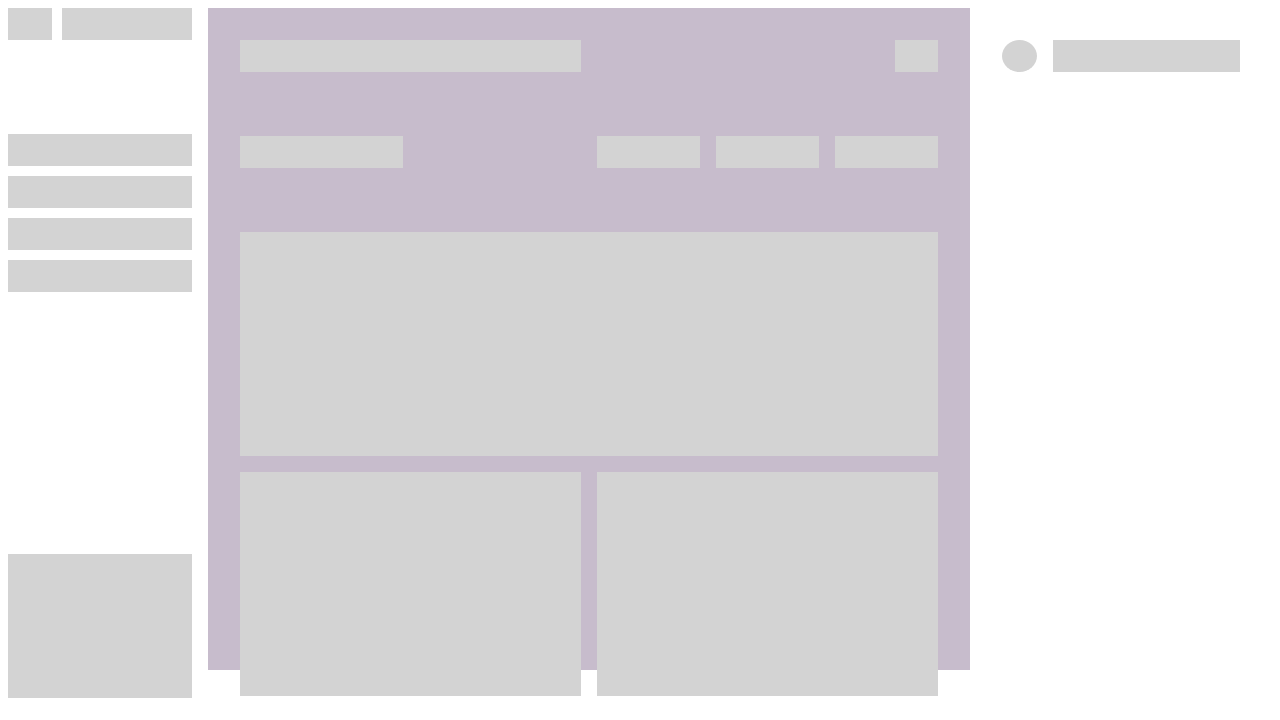
Repository: tr2cky/exercise2
Page: index.html
These files come from the project's save history. The page is drawn as it stood at one moment and after the next save; the edit follows.
The browser window is 1280 px wide. The pictures show the whole page.

Above is the page before, as saved 2022-10-01 18:55:23.

### index.html
<!DOCTYPE html>
<html lang="en">

<head>
    <meta charset="UTF-8">
    <meta http-equiv="X-UA-Compatible" content="IE=edge">
    <meta name="viewport" content="width=device-width, initial-scale=1.0">
    <link rel="stylesheet" href="style.css">
    <title>Document</title>
</head>

<body>
    <div class="container">
        <div class="side1">
        <div id="box1"></div>
        <div id="box2"></div>
        <div id="box3"></div>
        <div id="box4"></div>
        <div id="box5"></div>
        <div id="box6"></div>
        <div id="box7"></div>
        <div id="box8"></div>
        </div>
        <main>
            <div id="boxa"></div>
            <div id="boxb"></div>
            <div id="boxc"></div>
            <div id="boxd"></div>
            <div id="boxe"></div>
            <div id="boxf"></div>
            <div id="boxg"></div>
            <div id="boxh"></div>
            <div id="boxj"></div>
        </main>
        <div class="side2">
            <div id="boxq"></div>
            <div id="boxw"></div>
            <div id="boxw"></div>
            <div id="boxw"></div>
            <div id="boxw"></div>
            <div id="boxw"></div>
            <div id="boxw"></div>
            <div id="boxw"></div>
            <div id="boxw"></div>
            <div id="boxw"></div>
            <div id="boxw"></div>
            <div id="boxw"></div>
            <div id="boxw"></div>
            <div id="boxw"></div>
            <div id="boxw"></div>
            <div id="boxw"></div>
            <div id="boxw"></div>
        </div>
    </div>
</body>

</html>

### style.css
.container {
    display: flex;
    flex-direction: row;
    height: 92vh;
}

main {
    flex-grow: 3;
    background-color: rgb(199, 188, 204);
    display: grid;
    grid-template-columns: repeat(12, 1fr);
    grid-auto-rows: 2em;
    grid-gap: 1em;
    padding: 2em;
}

.side1 {
    flex-grow: 1;
    display: grid;
    grid-template-columns: 1fr 3fr;
    grid-auto-rows: 2em;
    grid-gap: 10px;
    margin-right: 1em;
}

.side2 {
    flex-grow: 1;
}

.side1 div,
main div,
.side2 div {
    background-color: lightgray;
}

#box3 {
    grid-column: 1/3;
    grid-row: 8;
    justify-self: start;
}

#box4 {
    grid-column: 1/3;
    grid-row: 4;
}

#box5 {
    grid-column: 1/3;
    grid-row: 5;
}

#box6 {
    grid-column: 1/3;
    grid-row: 6;
}

#box7 {
    grid-column: 1/3;
    grid-row: 7;
}

#box8 {
    grid-column: 1/3;
    grid-row: 14;
    height: 9em;
}

#boxa {
    grid-column: 1/7;
}

#boxb {
    grid-column: 12;
}

#boxc {
    grid-column: 1/4;
    grid-row: 3;
}
#boxd {
    grid-column: 7/9;
    grid-row: 3;
}
#boxe {
    grid-column: 9/11;
    grid-row: 3;
}
#boxf {
    grid-column: 11/13;
    grid-row: 3;
}
#boxg {
    grid-row: 5/10;
    grid-column: 1/13
}
#boxh {
    grid-row: 10/15;
    grid-column: 1/7;
}
#boxj {
    grid-row: 10/15;
    grid-column: 7/13;
}
.side2 {
    display: grid;
    grid-template-columns: repeat(5, 1fr);
    grid-gap: 1em;
    grid-auto-rows: 2em;
    padding: 2em;
}
#boxq {
    border-radius: 50%;
}
#boxw {
    grid-area: 1 / 2 / 1 / 6;
}

After the next save:
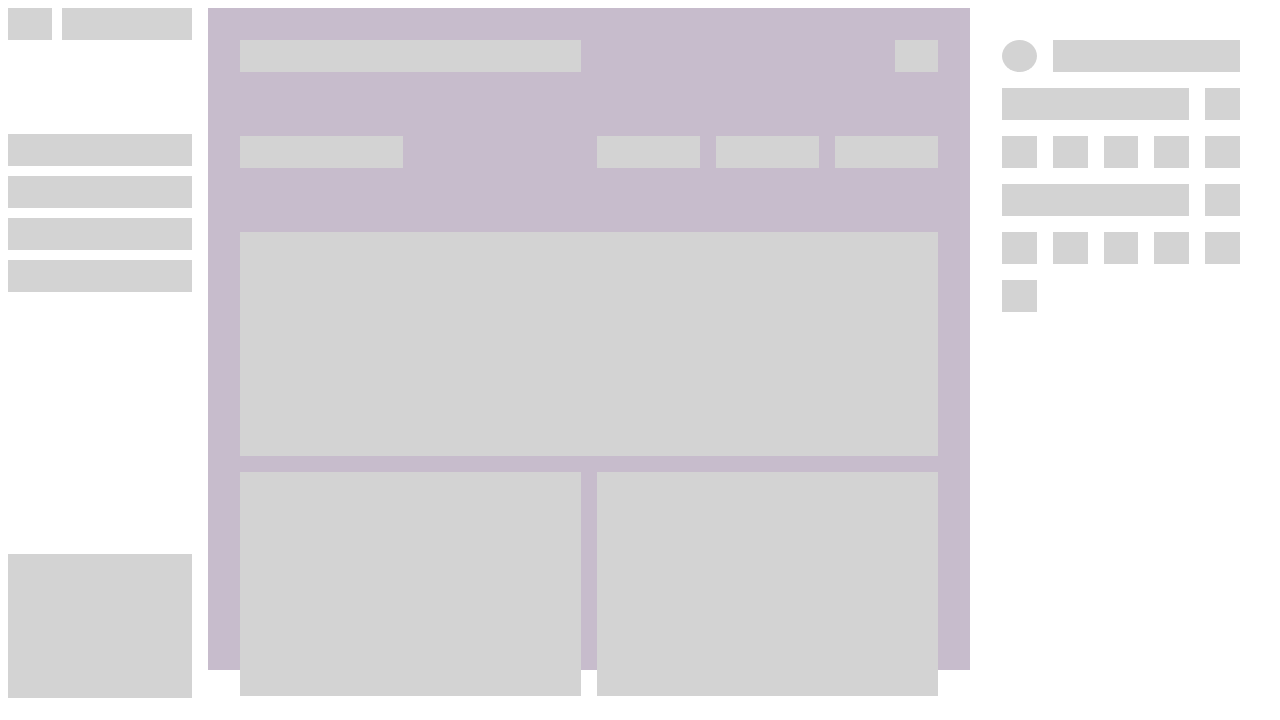
Saved 10 min 2 s later.
--- a/index.html
+++ b/index.html
@@ -33,23 +33,23 @@
             <div id="boxj"></div>
         </main>
         <div class="side2">
-            <div id="boxq"></div>
-            <div id="boxw"></div>
-            <div id="boxw"></div>
-            <div id="boxw"></div>
-            <div id="boxw"></div>
-            <div id="boxw"></div>
-            <div id="boxw"></div>
-            <div id="boxw"></div>
-            <div id="boxw"></div>
-            <div id="boxw"></div>
-            <div id="boxw"></div>
-            <div id="boxw"></div>
-            <div id="boxw"></div>
-            <div id="boxw"></div>
-            <div id="boxw"></div>
-            <div id="boxw"></div>
-            <div id="boxw"></div>
+            <div id="box21"></div>
+            <div id="box22"></div>
+            <div id="box23"></div>
+            <div id="box24"></div>
+            <div id="box25"></div>
+            <div id="box26"></div>
+            <div id="box27"></div>
+            <div id="box28"></div>
+            <div id="box29"></div>
+            <div id="box30"></div>
+            <div id="box31"></div>
+            <div id="box32"></div>
+            <div id="box33"></div>
+            <div id="box34"></div>
+            <div id="box35"></div>
+            <div id="box36"></div>
+            <div id="box37"></div>
         </div>
     </div>
 </body>
--- a/style.css
+++ b/style.css
@@ -108,9 +108,12 @@ main div,
     grid-auto-rows: 2em;
     padding: 2em;
 }
-#boxq {
+#box21 {
     border-radius: 50%;
 }
-#boxw {
+#box22 {
     grid-area: 1 / 2 / 1 / 6;
 }
+#box23, #box30 {
+    grid-column: 1/5
+}
